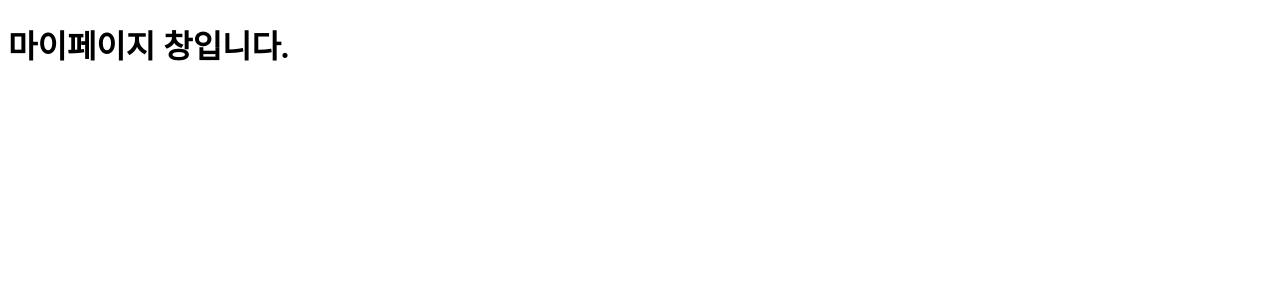
Repository: to-flatwhite1/portfolio
Page: http://localhost/JSP/mypage.jsp
The author's editor kept a copy of each file at every save. The page is drawn from the files as they stood at one save, then again after the next save.
The browser window is 1280 px wide. The pictures show the whole page.
The page is served by Tomcat 9. Other server files are loaded and not shown.

Above is the page before, as saved 2024-07-08 02:39:41.

### JSP/src/main/webapp/mypage.jsp
<%@ page language="java" contentType="text/html; charset=EUC-KR"
    pageEncoding="EUC-KR"%>
<%@ taglib uri="http://java.sun.com/jsp/jstl/core" prefix="c"%>
<!DOCTYPE html>
<html>
<head>
<meta charset="EUC-KR">
<title>마이페이지</title>
</head>
<body>
	<h1>마이페이지 창입니다.</h1>
</body>
</html>

After the next save:
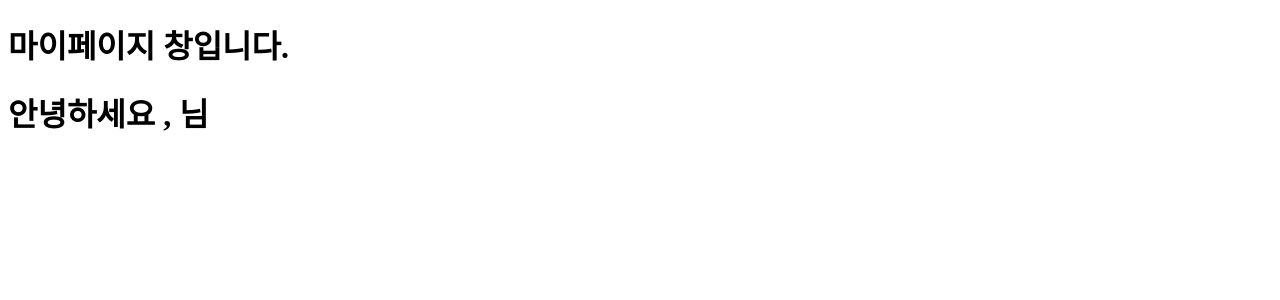
Saved 54 s later.
--- a/JSP/src/main/webapp/mypage.jsp
+++ b/JSP/src/main/webapp/mypage.jsp
@@ -9,5 +9,6 @@
 </head>
 <body>
 	<h1>마이페이지 창입니다.</h1>
+	<h1>안녕하세요 ${loginUser.name }, ${loginUser.userid }님</h1>
 </body>
 </html>
